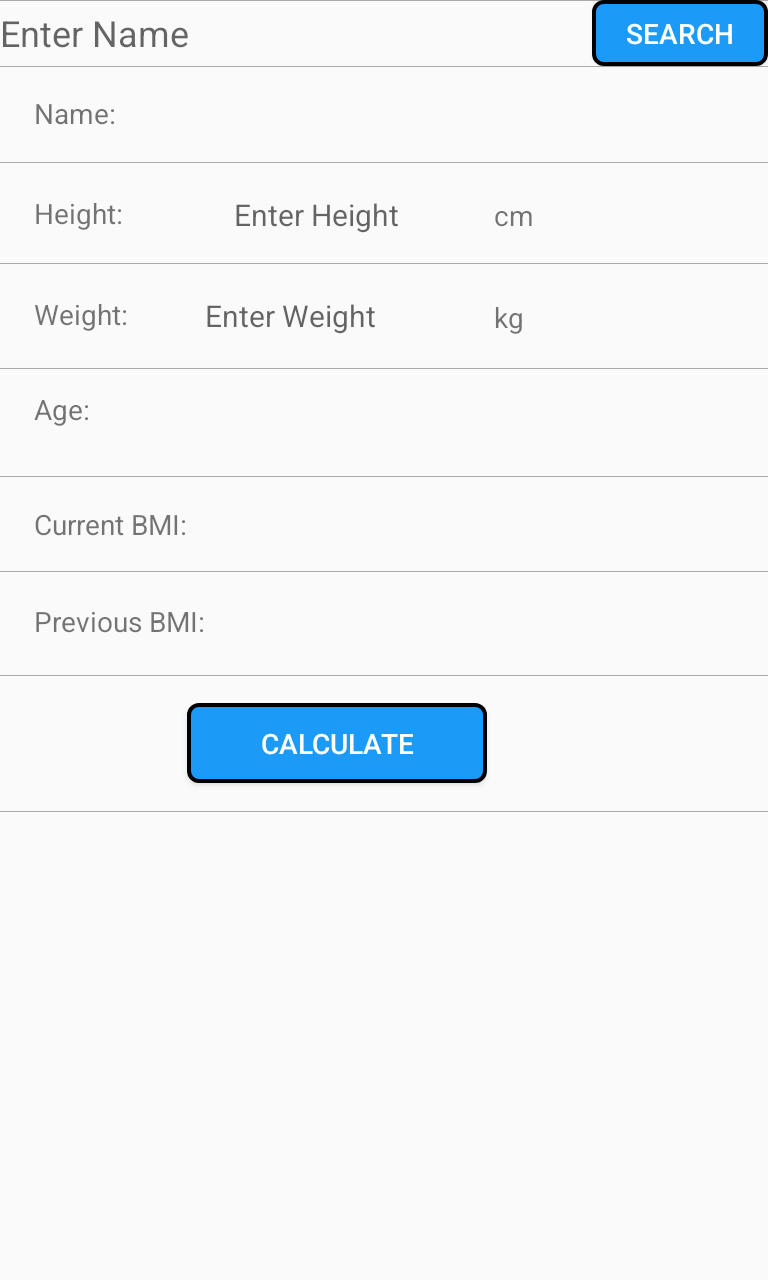
Repository: Team-7/prototype.3
Layout: workspace/Hope World Wide/res/layout/bmi.xml
These files come from the project's save history. The layout is drawn as it stood at one moment and after the next save; the edit follows.
It is drawn on a 768 x 1280 px phone screen (xhdpi) without system bars, with theme AppTheme; the app's code is not run.

Above is the layout before, as saved 2014-05-08 08:12:53.

After the next save:
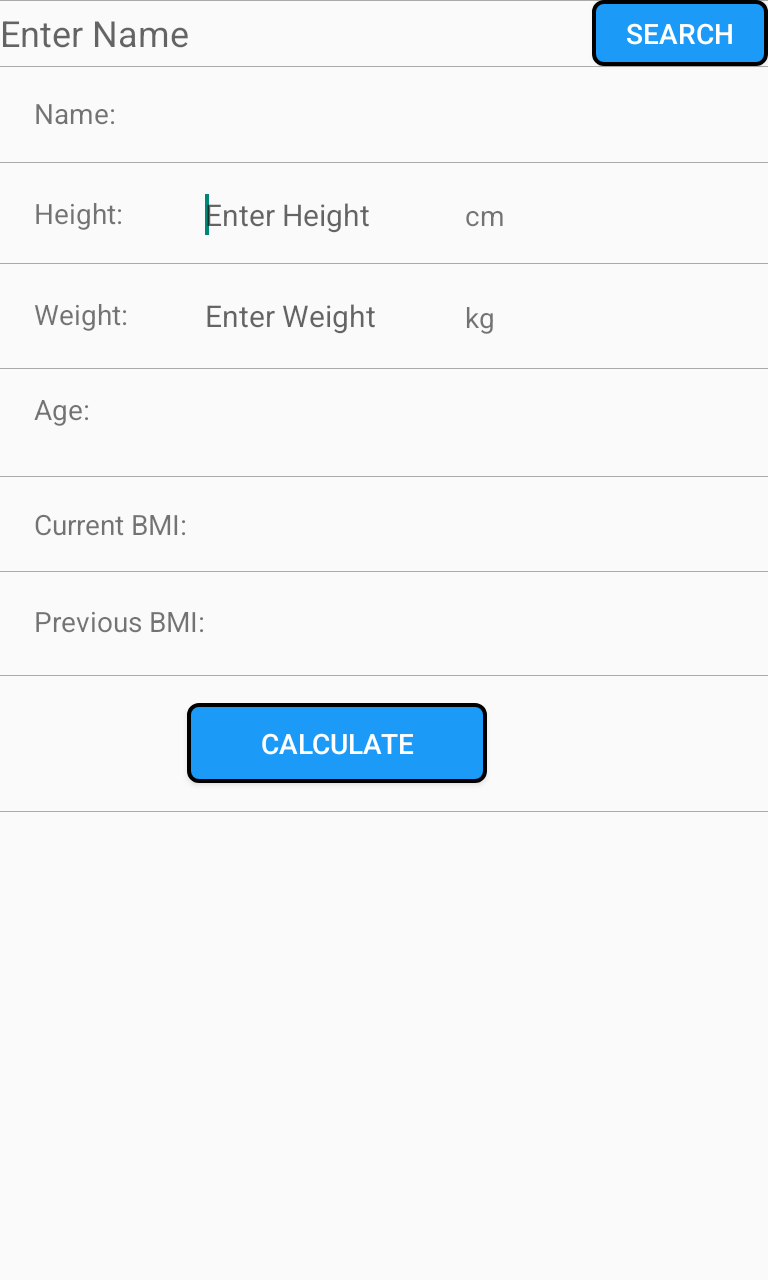
Saved 14 min 52 s later.
--- a/workspace/Hope World Wide/res/layout/bmi.xml
+++ b/workspace/Hope World Wide/res/layout/bmi.xml
@@ -96,19 +96,6 @@
         android:background="@android:color/darker_gray"
         android:paddingBottom="3dp" />
 
-    <EditText
-        android:id="@+id/heightvalue"
-        android:layout_width="150dp"
-        android:layout_height="wrap_content"
-        android:layout_alignTop="@+id/textView1"
-        android:layout_centerHorizontal="true"
-        android:background="@null"
-        android:ems="10"
-        android:hint="@string/heightValue"
-        android:inputType="number"
-        android:maxLength="3"
-        android:textSize="15sp" />
-
     <TextView
         android:id="@+id/textView3"
         android:layout_width="wrap_content"
@@ -289,4 +276,20 @@
         android:layout_marginLeft="20dp"
         android:textSize="15sp" />
 
+    <EditText
+        android:id="@+id/heightvalue"
+        android:layout_width="150dp"
+        android:layout_height="wrap_content"
+        android:layout_alignLeft="@+id/editText2"
+        android:layout_alignTop="@+id/textView1"
+        android:background="@null"
+        android:ems="10"
+        android:hint="@string/heightValue"
+        android:inputType="number"
+        android:maxLength="3"
+        android:textSize="15sp" >
+
+        <requestFocus />
+    </EditText>
+
 </RelativeLayout>
